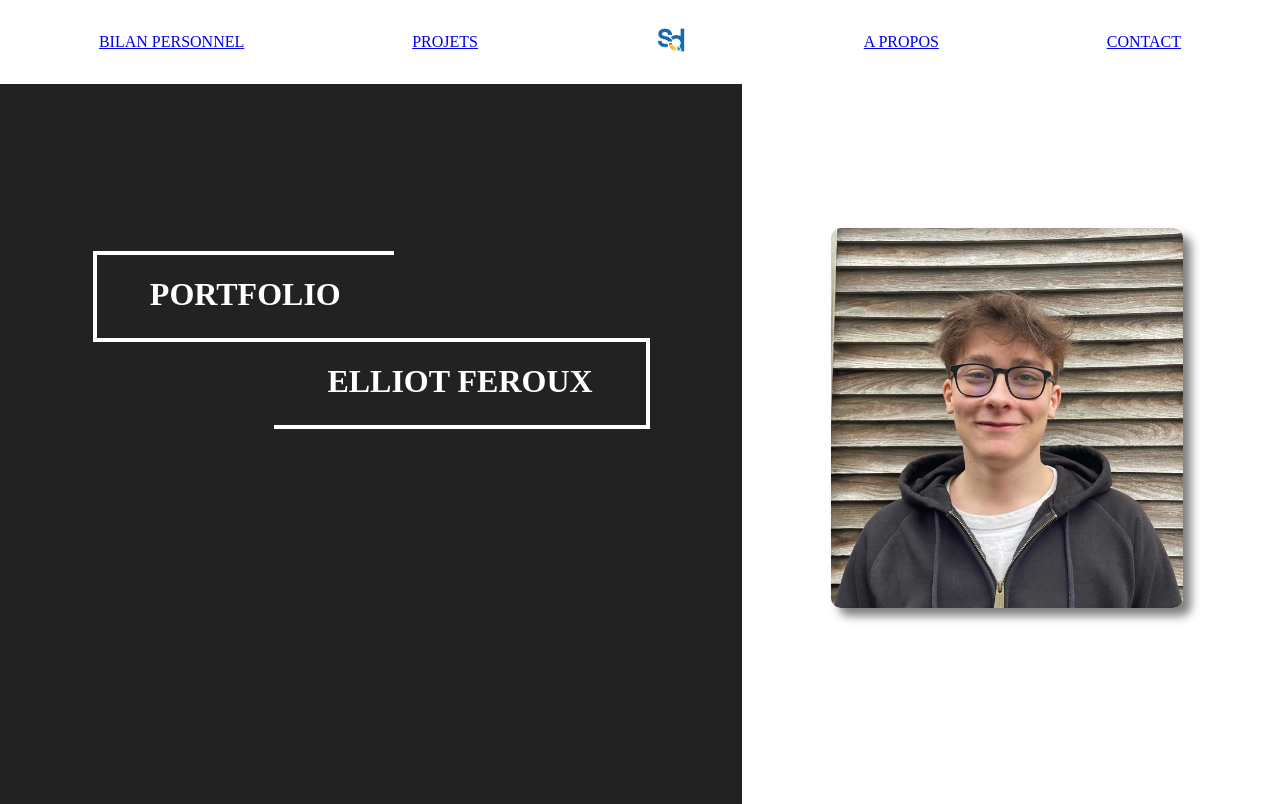
Repository: elliotfx/elliotfx.github.io
Page: html/main.html
These files come from the project's save history. The page is drawn as it stood at one moment and after the next save; the edit follows.
The browser window is 1280 px wide. The pictures show the whole page.

Above is the page before, as saved 2025-03-05 15:37:27.

### html/main.html
<!DOCTYPE html>
<html lang="fr">

<head>
    <meta charset="UTF-8">
    <meta name="viewport" content="width=device-width, initial-scale=1.0">
    <meta name="author" content="Elliot FEROUX">
    <meta name="description" content="Portfolio de Elliot FEROUX">
    <link rel="shortcut icon" href="SD.png" type="image/x-icon">
    <title>Accueil (Portfolio Elliot FEROUX)</title>
    <link rel="stylesheet" type="text/css" href="./../css/style.css" media="screen">
    <link rel="preconnect" href="https://fonts.googleapis.com">
    <link rel="preconnect" href="https://fonts.gstatic.com" crossorigin>
    <link href="https://fonts.googleapis.com/css2?family=Kanit:ital,wght@0,100;0,200;0,300;0,400;0,500;0,600;0,700;0,800;1,100;1,200;1,300;1,400;1,500;1,600;1,700;1,800&display=swap" rel="stylesheet">
    <link rel="stylesheet" href="../css/font-awesome-4.7.0/css/font-awesome.min.css">
</head>

<body>
<header>
    <div class="navbar" id="nav">
        <div class="burger-container">
            <i class="fa fa-bars iconeburger" aria-hidden="true"></i>
        </div>
        <!-- Navbar réorganisée avec tous les éléments au même niveau -->
        <ul class="navbar-menu">
            <li class="link-nav-underline"><a href="bilan.html">BILAN PERSONNEL</a></li>
            <li class="link-nav-underline-projet"><a href="projets.html">PROJETS</a></li>
            <li class="logo">
                <a href="https://iutp.univ-poitiers.fr/sd/" target="_blank">
                    <img src="./../Images/SD.png" alt="Logo BUT Sciences des Données">
                </a>
            </li>
            <li class="link-nav-underline"><a href="apropos.html">A PROPOS</a></li>
            <li class="link-nav-underline"><a href="contact.html">CONTACT</a></li>
        </ul>
    </div>

    <div id="burgerbar">
        <a href="https://iutp.univ-poitiers.fr/sd/" target="_blank"><img src="./../Images/SD.png" alt="Logo BUT Sciences des Données" class="logo-burger"></a>
        <i class="fa fa-times iconeburgerclose" aria-hidden="true"></i>
        <ul class="burger-menu-list">
            <li class="link-nav-underline"><a href="bilan.html">BILAN PERSONNEL</a></li><br>
            <li class="link-nav-underline"><a href="projets1.html">PROJETS</a></li><br>
            <li class="link-nav-underline"><a href="apropos.html">A PROPOS</a></li><br>
            <li class="link-nav-underline"><a href="contact.html">CONTACT</a></li>
        </ul>
    </div>
</header>

<div class="container">
    <div class="half black">
        <div class="titles-container">
            <div class="portfolio-container">
                <h1>PORTFOLIO</h1>
            </div>
            <div class="name-container">
                <h1>ELLIOT FEROUX</h1>
            </div>
        </div>
    </div>
    <div class="half white">
        <div class="contenu">
            <a href="apropos.html"><img src="./../Images/PHOTO.jpg" alt="Photo de Elliot FEROUX" class="photo"></a>
        </div>
    </div>
</div>

<div class="bas">
    <div class="containerphoto2">
        <a href="apropos.html"><img src="./../Images/PHOTO.jpg" alt="Photo de Elliot FEROUX" class="photo2"></a>
    </div>
</div>

<script src="./../js/script_projets.js"></script>
</body>

</html>

### css/style.css
@import "navbar_stylesheet.css" ;

.bas {
    display: none;
    position: relative;
    bottom: 0;
    left: 0;
    width: 100%;
    height: 500px;
    background-color: rgb(255, 255, 255);
    box-sizing: border-box;
    z-index: 1000;
}

.bas .photo2 {
    width: 40%;
    height: auto;
    display: block;
    left: 32%;
    top: 10%;
}

.logo:hover img {
    animation: anim 1s infinite alternate;
}

body, html {
    margin: 0;
    padding: 0;
    overflow: hidden;
}

.nom,
.portfolio {
    font-family: "Géorgie", sans-serif;
    position: absolute;
    color: #fff;
}

.photo {
    position: relative;
    float: right;
    border-radius: 10px;
    box-shadow: 8px 8px 10px 0 rgba(0, 0, 0, 0.5);
    width: 80%;
}

.photo2 {
    width: 100%;
    display: block;
    border-radius: 10px;
    box-shadow: 8px 8px 10px 0 rgba(0, 0, 0, 0.5);
    position: relative;
}

.contenu {
    position: absolute;
    float: right;
    width: fit-content;
    height: fit-content;
    right: 18%;
    top: 16%;
    transition: 1s;
    display: inline;
}

.containerphoto2 {
    position: absolute;
    transition: 1s;
    height: 100%;
    width: 100%;
    display: inline;
    left: 0;
    top: 0;
}

.containerphoto2:hover,
.contenu:hover {
    transform: scale(1.10);
}

.container {
    width: 100%;
    height: 100vh;
    display: flex;
}

.half {
    height: 100%;
    position: relative;
}

.black {
    background-color: #222222;
    width: 58%;
}

.white {
    background-color: #fff;
    width: 42%;
}

.nom {
    top: 43.5%;
    left: 40%;
    font-size: 3em;
    position: absolute;
}

.titles-container {
    width: 100%;
    height: 100%;
    display: block;
    justify-content: center;
    align-items: center;
    padding-top: 21.5%;
}

.titles-container .portfolio-container {
    float: left;
    width: 40%;
    margin-left: 12.5%;
    border-top: 4px solid #fff;
    border-left: 4px solid #fff;
    border-bottom: 4px solid #fff;
}

.titles-container .name-container {
    float: right;
    width: 50%;
    margin-right: 12.5%;
    border-top: 4px solid #fff;
    border-right: 4px solid #fff;
    border-bottom: 4px solid #fff;
    margin-top: -4px;
}

h1 {
    width: 100%;
    font-size: 4em;
    color: #fff;
    text-align: center;
}

h1:after {
    content: "";
    display: block;
    margin-left: 5%;
    width: 90%;
    height: 3px;
    background: #ffffff;
    transform: scaleX(0);
    transition: transform 0.2s ease-in-out;
}

h1:hover:after {
    transform: scaleX(1);
}

.navbar > ul {
    justify-content: space-around;
}

.left-links > ul > li,
.right-links > ul > li {
    margin-left: 0;
}

.left-links > ul > li + li,
.right-links > ul > li + li {
    margin-left: 20px;
}

@media screen and (max-width: 1400px) {
    .Lignes {
        width: 100%;
    }

    .contenu {
        top: 20%;
    }
}

@media screen and (max-width: 1440px) {
    .nom {
        left: calc(43% - 8%);
    }

    h1 {
        font-size: 3em;
    }
}

@media screen and (max-width: 1415px) {
    .nom {
        left: calc(36% - 8%);
    }

    .titles-container {
        padding-top: 21.5%;
    }
}

@media screen and (max-width: 1390px) {
    .nom {
        left: calc(35% - 8%);
    }

    h1 {
        font-size: 2em;
    }

    .titles-container {
        padding-top: calc(21.5% + 1%);
    }
}

@media screen and (max-width: 1300px) {
    .nom {
        left: calc(34% - 8%);
    }
}

@media screen and (max-width: 1275px) {
    .nom {
        left: calc(33% - 8%);
    }

    .titles-container {
        padding-top: calc(21.5% + 3%);
    }
}

@media screen and (max-width: 1250px) {
    .nom {
        left: calc(32% - 8%);
    }
}

@media screen and (max-width: 1225px) {
    .nom {
        left: calc(31% - 8%);
    }

    .titles-container {
        padding-top: calc(21.5% + 5%);
    }
}

@media screen and (max-width: 1200px) {
    .nom {
        left: calc(30% - 8%);
    }
}

@media screen and (max-width: 1175px) {
    .nom {
        left: calc(29% - 8%);
    }

    .titles-container {
        padding-top: calc(21.5% + 7%);
    }
}

@media screen and (max-width: 1150px) {
    .nom {
        left: calc(28% - 8%);
    }
}

@media screen and (max-width: 1125px) {
    .nom {
        left: calc(27% - 8%);
    }
    .titles-container {
        padding-top: calc(21.5% + 9%);
    }
}

@media screen and (max-width: 1100px) {
    .nom {
        left: calc(26% - 8%);
    }
}

@media screen and (max-width: 1075px) {
    .nom {
        left: calc(25% - 8%);
    }

    .titles-container {
        padding-top: calc(21.5% + 11%);
    }
}

@media screen and (max-width: 1050px) {
    .nom {
        left: calc(24% - 8%);
    }
}

@media screen and (max-width: 1025px) {
    .nom {
        left: calc(23% - 8%);
    }
}

@media screen and (max-width: 1000px) {
    .nom {
        left: calc(22% - 8%);
    }
    .titles-container {
        padding-top: calc(21.5% + 13%);
    }
}

@media screen and (max-width: 975px) {
    .nom {
        left: calc(21% - 8%);
    }
}

@media screen and (max-width: 950px) {
    .nom {
        left: calc(20% - 8%);
    }
}

@media screen and (max-width: 925px) {
    .nom {
        left: calc(19% - 8%);
    }
    .titles-container {
        padding-top: calc(21.5% + 15%);
    }
}

@media screen and (max-width: 900px) {
    .Lignes {
        left: 0;
        top: 5%;
    }

    .white {
        display: none;
    }

    .black {
        width: 100%;
    }

    body, html {
        overflow-y: auto;
    }

    .nom {
        left: 40%;
    }

    .navbar > ul {
        justify-content: flex-end;
    }

    ul > li.left-links,
    ul > li.right-links {
        display: none;
    }

    ul > li.logo {
        float: right;
    }

    .burger-container {
        display: block;
    }

    .bas {
        display: block;
    }

    .containerphoto2 {
        display: block;
    }
    .photo2 {
        position: absolute;
        width: 100%;
        height: auto;
        display: block;
    }

    .black {
        height: 95%;
    }
    .titles-container {
        padding-top: 21.5%;
    }
}

.iconeburger {
    cursor: pointer;
    position: relative;
}

#burgerbar {
    height: 100vh;
    width: 50%;
    background-color: #fff;
    position: fixed;
    top: 0;
    left: -100%;
    display: flex;
    flex-direction: column;
    align-items: center;
    justify-content: center;
    z-index: 3000;
    transition: left 0.3s ease-in-out;
    padding: 20px;
    box-shadow: 2px 0 5px rgba(0, 0, 0, 0.5);
}

#burgerbar .iconeburgerclose {
    font-size: 2em;
    cursor: pointer;
    position: absolute;
    top: 20px;
    right: 20px;
}

.burger-menu-list {
    list-style-type: none;
    padding: 0;
    margin: 0;
    width: 100%;
    text-align: center;
}

.burger-menu-list li {
    margin: 20px 0;
}

.burger-container {
    display: none;
    width: 5%;
    height: 100%;
    justify-content: center;
    align-items: center;
    cursor: pointer;
}

.burger-container .iconeburger {
    font-size: 2em;
}

.burger-logo {
    position: absolute;
    bottom: 20px;
    right: 20px;
}

#burgerbar .logo-burger {
    max-width: 50px;
    height: auto;
}

@media screen and (max-width: 900px) {
    .burger-container {
        display: flex;
    }
    .navbar ul {
        display: none;
    }
}

.burger-container.open #burgerbar {
    left: 0;
}

@media screen and (max-width: 900px) {
    .navbar ul {
        display: none;
    }

    .burger-menu-list {
        position: relative;
        display: block;
    }

    .burger-menu-list li {
        margin: 10px 0;
    }
}

### css/navbar_stylesheet.css
html,
body {
    overflow-x: hidden;
}

ul {
    list-style-type: none;
    padding: 0;
    margin: 0;
}

header {
    background-color: #ffffff;
    box-shadow: 3px 3px 4px rgba(205, 205, 205, 0.5);
    display: flex;
    justify-content: center;
    align-items: center;
    padding: 15px;
    z-index: 2000;
}

.navbar {
    width: 100%;
    display: flex;
    justify-content: center;
    align-items: center;
}

/* Modification principale pour répartir équitablement les éléments */
.navbar-menu {
    display: flex;
    justify-content: space-around;
    align-items: center;
    width: 100%;
}

.logo img {
    width: 50px;
    height: 50px;
}

/* Effet souligné au survol */
.link-nav-underline, .link-nav-underline-projet {
    display: inline-block;
    position: relative;
    text-decoration: none;
    color: inherit;
}

.link-nav-underline::after,
.link-nav-underline-projet::after {
    content: "";
    display: block;
    position: absolute;
    bottom: 0;
    left: 0;
    width: 100%;
    height: 2px;
    background: #000;
    transform: scaleX(0);
    transition: transform 0.2s ease-in-out;
    transform-origin: left;
}

.link-nav-underline:hover::after,
.link-nav-underline-projet:hover::after {
    transform: scaleX(1);
}

/* Style du menu burger */
.burger-container {
    display: none;
    cursor: pointer;
}

#burgerbar {
    height: 100vh;
    width: 50%;
    background-color: #fff;
    position: fixed;
    top: 0;
    left: -100%;
    display: flex;
    flex-direction: column;
    align-items: center;
    justify-content: center;
    z-index: 3000;
    transition: left 0.3s ease-in-out;
    padding: 20px;
    box-shadow: 2px 0 5px rgba(0, 0, 0, 0.5);
}

/* Responsive pour mobiles */
@media screen and (max-width: 900px) {
    .navbar-menu {
        display: none;
    }

    .burger-container {
        display: flex;
    }

    .burger-menu-list {
        display: block;
        text-align: center;
    }

    .burger-menu-list li {
        margin: 15px 0;
    }
}

Loaded but not shown: css/font-awesome-4.7.0/css/font-awesome.min.css (library); JS/script_projets.js (no copy from this time; the picture is the same without it)

After the next save:
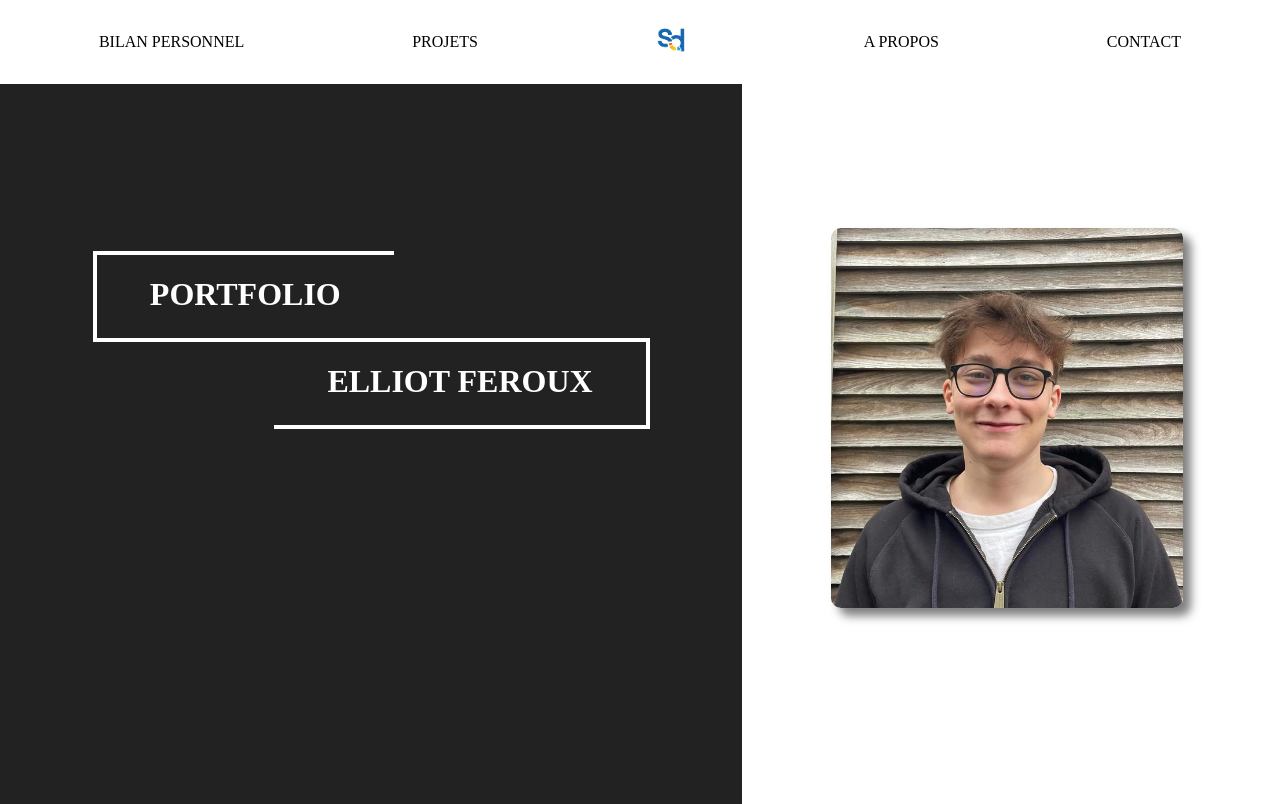
Saved 51 s later.
--- a/css/navbar_stylesheet.css
+++ b/css/navbar_stylesheet.css
@@ -109,3 +109,9 @@ header {
         margin: 15px 0;
     }
 }
+
+
+a{
+    color: inherit;
+    text-decoration: none;
+}
